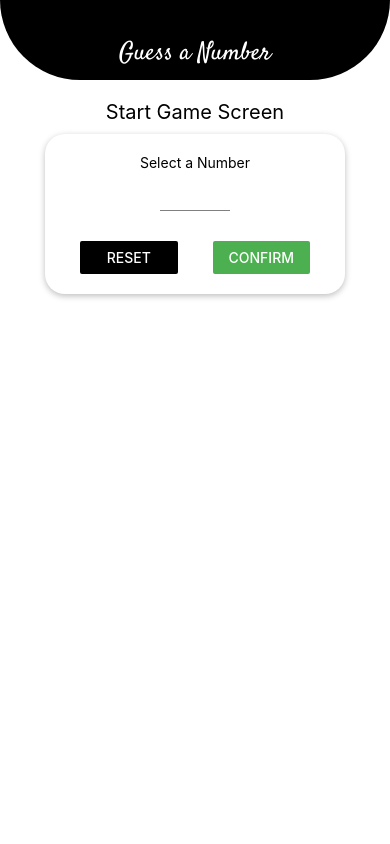
Repository: oguzhan18m/react-native-guess-number-game
Screen: /
These files come from the project's save history. The screen is drawn as it stood at one moment and after the next save; the edit follows.
The app was drawn by React Native's web renderer in a window 390 px wide. The project was rebuilt for these pictures with package versions that can differ from the ones it lists, and the page was loaded fresh each time. Some packages were replaced by stand-ins written for this rebuild. Also part of the build but not shown: screens/GameScreen.js, screens/GameOver.js.

Above is the screen before, as saved 2021-03-05 17:19:45.

### App.js
import React, { useState } from 'react';
import { StyleSheet, Text, View } from 'react-native';
import Header from './components/Header';
import StartGameScreen from './screens/StartGameScreen';
import GameScreen from './screens/GameScreen';
import GameOver from './screens/GameOver';
import * as Font from 'expo-font';
import { useFonts } from 'expo-font';
import AppLoading from 'expo-app-loading';

const fetchFonts = () => {
  return Font.loadAsync({
    'Satisfy' : require('./assets/fonts/Satisfy-Regular.ttf'),
  })
}

export default function App() {
  const [userNumber, setUserNumber] = useState();
  const [guessRounds, setGuessRounds] = useState(0);
  const [dataLoaded , setDataLoaded] = useState(false);


  if(!dataLoaded){
    return (
      <AppLoading startAsync={fetchFonts}  onFinish={() => setDataLoaded(true)}  onError={(err)=>console.log(err)} />
    )
  }


  const configureNewGameHandler = () =>{
    setGuessRounds(0);
    setUserNumber(null);
  }

  const startGameHandler = (selectedNum) =>{
    setUserNumber(selectedNum);
  }

    const gameOverHandler = (numOfRounds) =>{
      setGuessRounds(numOfRounds);
  }

  let content = <StartGameScreen onStartGame={startGameHandler} />;

  console.log(userNumber);

  if(userNumber && guessRounds <=0 ){
    content=<GameScreen userChoice={userNumber} onGameOver={gameOverHandler} />
  }else if(guessRounds >0){
    content= <GameOver roundsNumber={guessRounds} userNumber={userNumber} configureNewGameHandler={configureNewGameHandler} />;
  }
  return (
    <View style={styles.screen}>
      <Header title='Guess a Number' />
      {content}
    </View>
  );
}

const styles = StyleSheet.create({
  screen:{
    flex:1,

  }
});

### components/Header.js
import React from 'react';
import { StyleSheet, Text, View } from 'react-native';
import Colors from '../constants/Colors';

const Header = (props) => {
    return (
        <View style={styles.header}>
            <Text style={styles.headerTitle}>{props.title}</Text>

        </View>
    )
}

const styles = StyleSheet.create({
    header:{
        width:'100%',
        height:80,
        paddingTop:36,
        backgroundColor:'black',
        alignItems:'center',
        justifyContent:'center',
        borderBottomLeftRadius:150,
        borderBottomRightRadius:150,
    },
    headerTitle:{
        color:'white',
        fontSize:25,
        fontFamily:'Satisfy',
        marginBottom:10,
    }
});

export default Header;

### screens/StartGameScreen.js
import React, { useState } from 'react';
import { Button, StyleSheet, Text, View, TouchableWithoutFeedback, Keyboard, Alert, Dimensions } from 'react-native';
import Card from '../components/Card';
import Input from '../components/Input';
import Colors from '../constants/Colors';


const StartGameScreen = (props) => {
    const [ enteredValue, setEnteredValue] = useState('');
    const [ confirmed, setConfirmed] = useState(false);
    const [ selectedNumber, setSelectedNumber] = useState();



    const numberInputHandler = (inputText) =>{
        setEnteredValue(inputText);
    }

    const resetInputHandler = () =>{
        setEnteredValue('');
        setConfirmed(false);
    }

    const confirmInputHandler = () =>{
        const chosenNumber = parseInt(enteredValue);
        if(chosenNumber === NaN || chosenNumber <= 0 || chosenNumber > 99 ){
            Alert.alert('Invalid Number!' , 'Number has to be between 1 and 99.' ,[{text:'Okay', style:'destructive', onPress:resetInputHandler}]);
            return ;
        }
        setConfirmed(true);
        setSelectedNumber(chosenNumber);
        setEnteredValue('');
        Keyboard.dismiss()
    }

    let confirmedOutput;
    if(confirmed){
        confirmedOutput = (
            <Card style={styles.summaryContainer}>
                <Text>You selected</Text>
                <View style={styles.numberContainer}>
                    <Text style={styles.theNumber}>{selectedNumber}</Text>
                </View>
                <Button title='START GAME' onPress={()=> props.onStartGame(selectedNumber)} />
            </Card>
        )
    }
    return (
        <TouchableWithoutFeedback onPress={()=>Keyboard.dismiss()}>
        <View style={styles.screen}>
            <Text style={styles.title}>Start Game Screen</Text>
            <Card style={styles.inputContainer}>
                <Text>Select a Number</Text>
                <Input  style={styles.input}
                blurOnSubmit
                autoCapitalize='none'
                autoCorrect={false}
                keyboardType='number-pad'
                maxLength={2}
                onChangeText={numberInputHandler}
                value={enteredValue}
                />
                <View style={styles.buttonContainer}>
                    <View style={styles.button}>
                    <Button title='Reset' onPress={resetInputHandler} color={Colors.accent} />
                    </View>
                    <View style={styles.button}>
                    <Button title='Confirm' onPress={confirmInputHandler} color={Colors.primary} />
                    </View>
                </View>
            </Card>
            {confirmedOutput}
        </View>
        </TouchableWithoutFeedback>
    )
}

const styles = StyleSheet.create({
    screen : {
        flex:1,
        padding:10,
        alignItems:'center',

    },
    title:{
        fontSize:20,
        marginVertical:10,

    },
    buttonContainer:{
        flexDirection:'row',
        alignItems:'center',
        justifyContent:'space-between',
        width:'100%',
        paddingHorizontal:15,
    },
    inputContainer:{
        width:'80%',
        minWidth:300,
        alignItems:'center',
    },
    button: {
        // width:90,
        width: Dimensions.get('window').width / 4,
    },
    input:{
        width:70,
        textAlign:'center',
        marginBottom:30,
    },
    summaryContainer:{
        marginTop:20,
        alignItems:'center',
        width:'60%',
    },
    numberContainer:{
        borderWidth:5,
        borderColor: Colors.accent,
        padding:10,
        borderRadius:10,
        marginVertical:10,
        alignItems:'center',
        justifyContent:'center',
    },
    theNumber:{
        color:Colors.accent,
        fontSize:22,
    }

});

export default StartGameScreen;

### constants/Colors.js
export default {
    primary:'#4CAF50',
    accent:'black',
}

### components/Card.js
import React from 'react';
import { Button, StyleSheet, Text, TextInput, View } from 'react-native';

const Card = (props) => {
    return (
        <View style={{...styles.card, ...props.style}}>
            {props.children}
        </View>
    )
}



const styles = StyleSheet.create({
    card:{
        shadowColor:'black',
        shadowOffset:{width:0, height:2},
        shadowRadius:6,
        shadowOpacity:0.26,
        backgroundColor:'white',
        elevation:5,
        padding:20,
        borderRadius:20,
    }
});
export default Card;

### components/Input.js
import React from 'react';
import { Button, StyleSheet, Text, TextInput, View } from 'react-native';

const Input = (props) => {
    return (
            <TextInput {...props} style={{...styles.input , ...props.style }} />
    )
};


const styles = StyleSheet.create({
    input:{
        height:30,
        borderBottomColor:'grey',
        borderBottomWidth:1,
        marginVertical:10,
    }
});

export default Input;

After the next save:
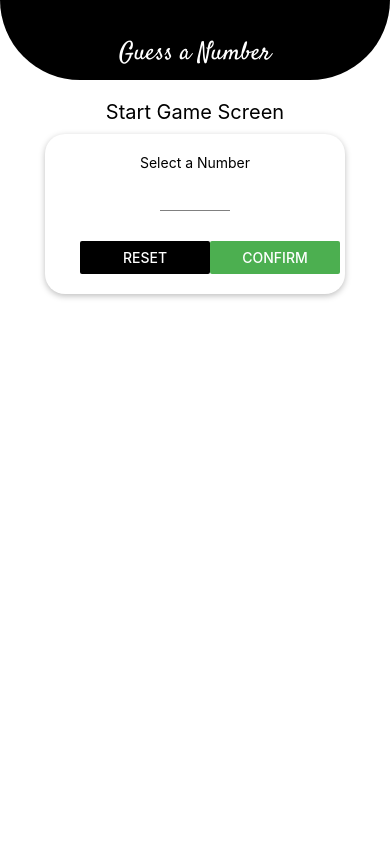
Saved 8 s later.
--- a/screens/StartGameScreen.js
+++ b/screens/StartGameScreen.js
@@ -101,7 +101,7 @@ const styles = StyleSheet.create({
     },
     button: {
         // width:90,
-        width: Dimensions.get('window').width / 4,
+        width: Dimensions.get('window').width / 3,
     },
     input:{
         width:70,
